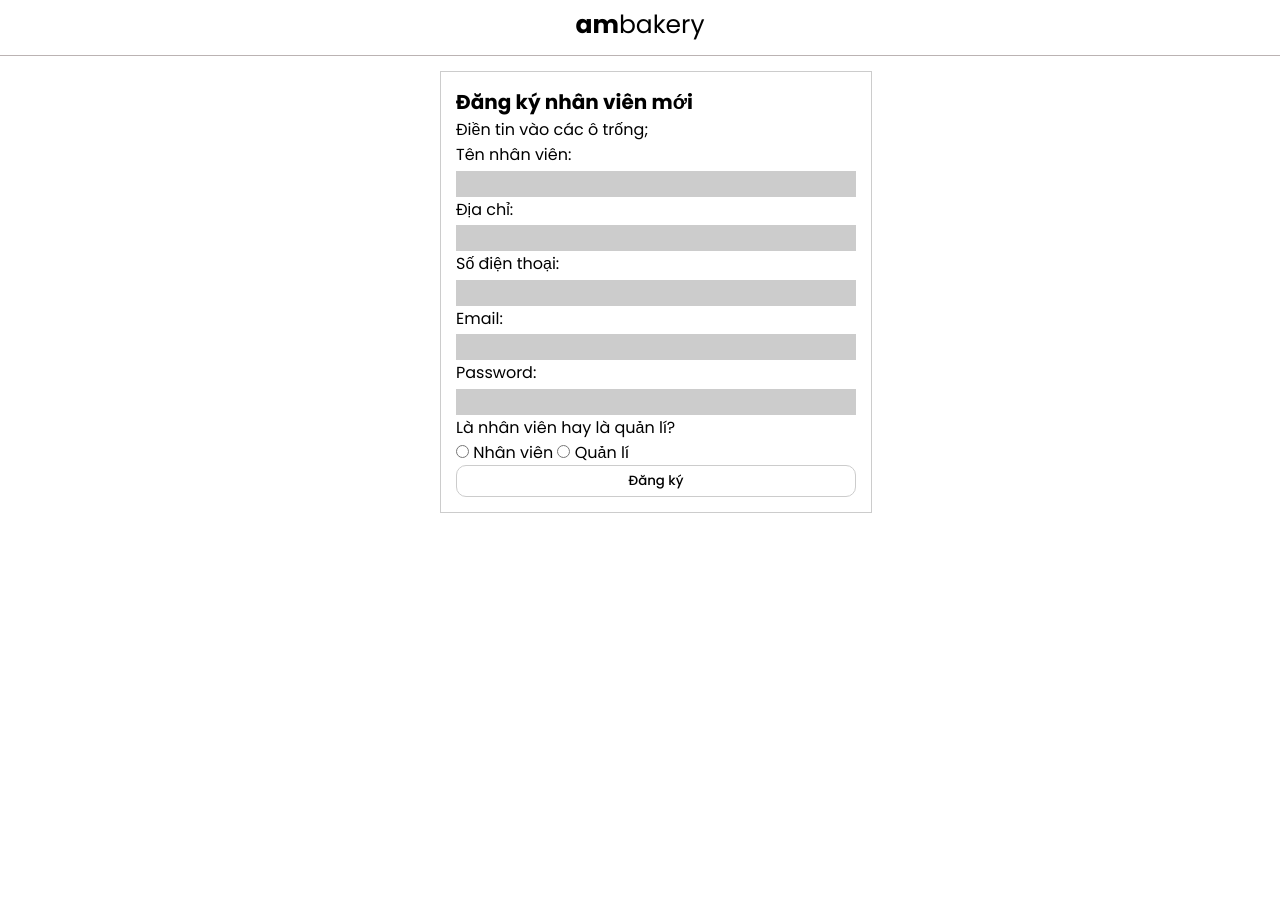
Repository: ntsanq/AmBakery
Page: http://localhost/j2school_Project/admin/dashboard_quanly/form_them_nhanvien.php
An editor plug-in stored every save of this project. The page is shown before and after the next save, followed by the edit.
The browser window is 1280 px wide. The pictures show the whole page.
The page is run by PHP 8.4 with error messages shown; the project is at /var/www/html/.

Above is the page before, as saved 2021-12-22 07:03:01.

After the next save:
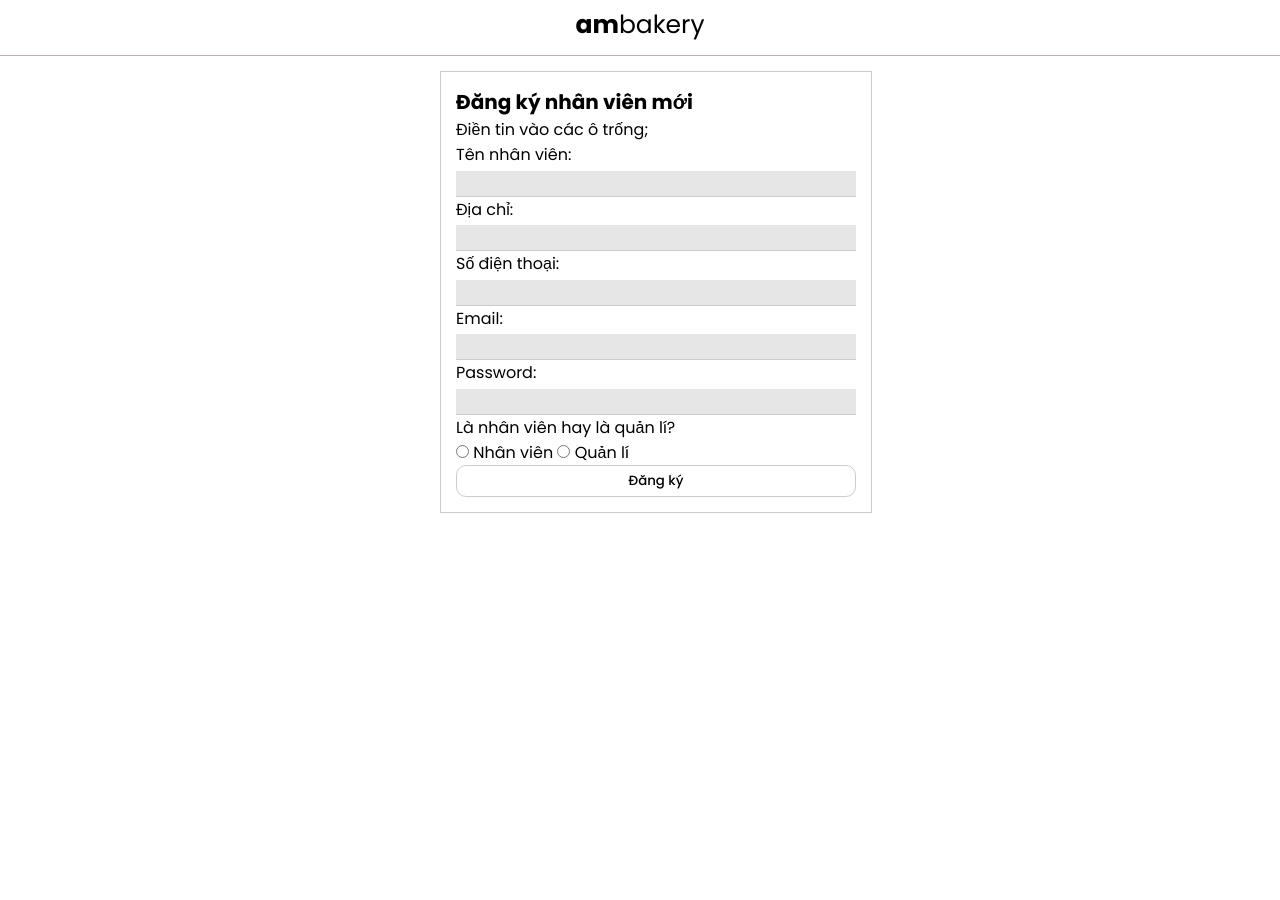
Saved 11 s later.
--- a/admin/dashboard_quanly/css/form.css
+++ b/admin/dashboard_quanly/css/form.css
@@ -59,7 +59,7 @@ form .input--form{
 	border: none;
 	padding-bottom: 0.5rem;
 	border-bottom: solid 1px #ccc;
-	background-color: rgb(204, 204, 204);
+	background-color: rgb(230, 230, 230);
 }
 .input--form:focus{
 	outline: none;
